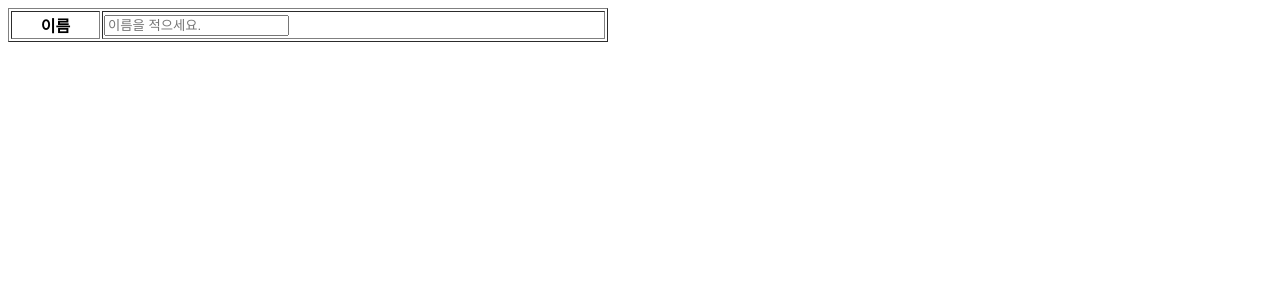
Repository: pro-hk/jsp
Page: http://localhost/chap04/research_form.jsp
An editor plug-in stored every save of this project. The page is shown before and after the next save, followed by the edit.
The browser window is 1280 px wide. The pictures show the whole page.
The page is served by Tomcat 9.

Above is the page before, as saved 2022-01-24 03:03:34.

After the next save:
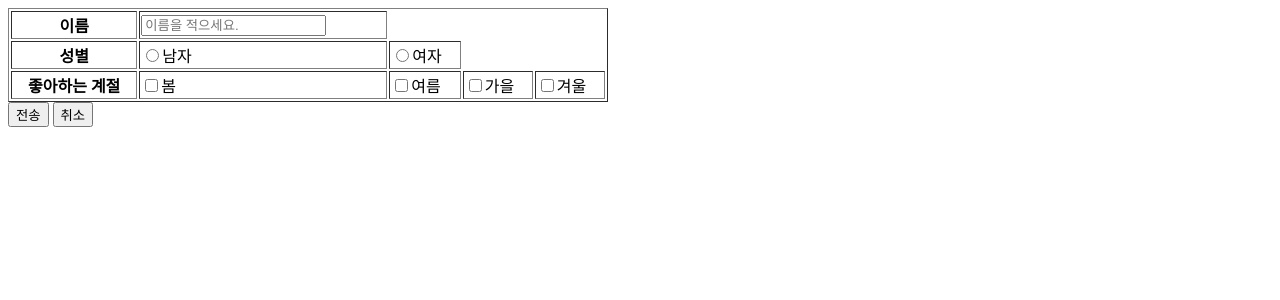
Saved 107 s later.
--- a/chap04/src/main/webapp/research_form.jsp
+++ b/chap04/src/main/webapp/research_form.jsp
@@ -13,7 +13,21 @@
 			<th>이름</th>
 			<td><input type="text" name="user_name" placeholder="이름을 적으세요."></td>
 		</tr>
+		<tr>
+			<th>성별</th>
+			<td><input type="radio" name="gender" value="male">남자</td>
+			<td><input type="radio" name="gender" value="female">여자</td>
+		</tr>
+		<tr>
+			<th>좋아하는 계절</th>
+			<td><input type="checkbox" name="season" value="spring">봄</td>
+			<td><input type="checkbox" name="season" value="summer">여름</td>
+			<td><input type="checkbox" name="season" value="fall">가을</td>
+			<td><input type="checkbox" name="season" value="winter">겨울</td>
+		</tr>
 	</table>
+	<button type="submit">전송</button>
+	<button type="reset">취소</button>
 	</form>
 </body>
 </html>
